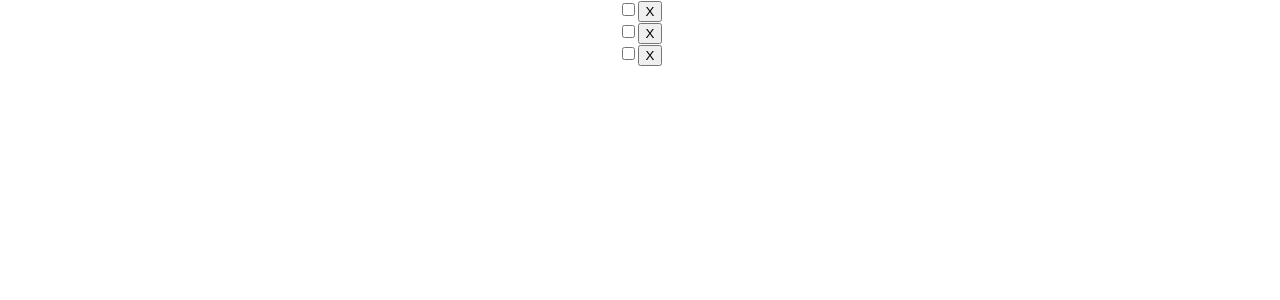
Repository: sedashahnazaryan/Todo
Page: / (app in todo/)
The author's editor kept a copy of each file at every save. The page is drawn from the files as they stood at one save, then again after a run of saves.
The browser window is 1280 px wide. The pictures show the whole page.
The project was rebuilt for these pictures with package versions that can differ from the ones it lists, and the page was loaded fresh each time. Also part of the build but not shown: todo/src/TodoForm.js.

Above is the page before, as saved 2022-03-08 00:24:46.

After the next 2 saves:
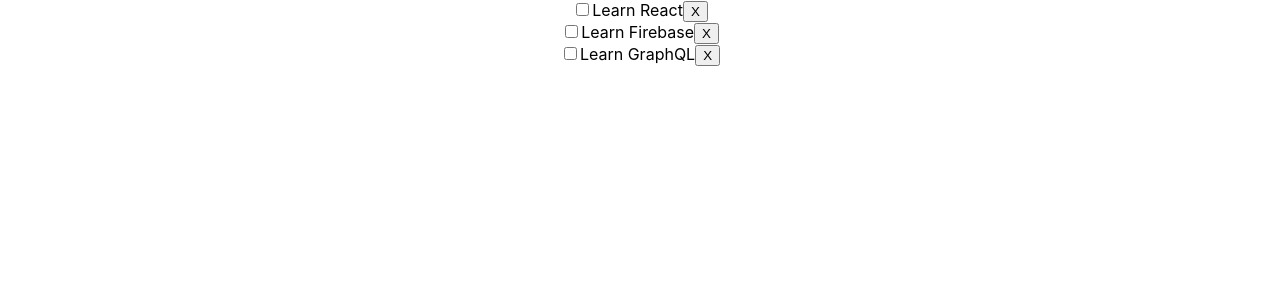
The 2 saves are shown as one change because they came seconds apart.
The last was saved 23 h 45 min later.
--- a/todo/src/TodoItem.js
+++ b/todo/src/TodoItem.js
@@ -3,7 +3,7 @@ return(
     <div>
         <label>
             <input type="checkbox"/>
-            {todo.text}
+            {todo.task}
             <button>X</button>
         </label>
     </div>
